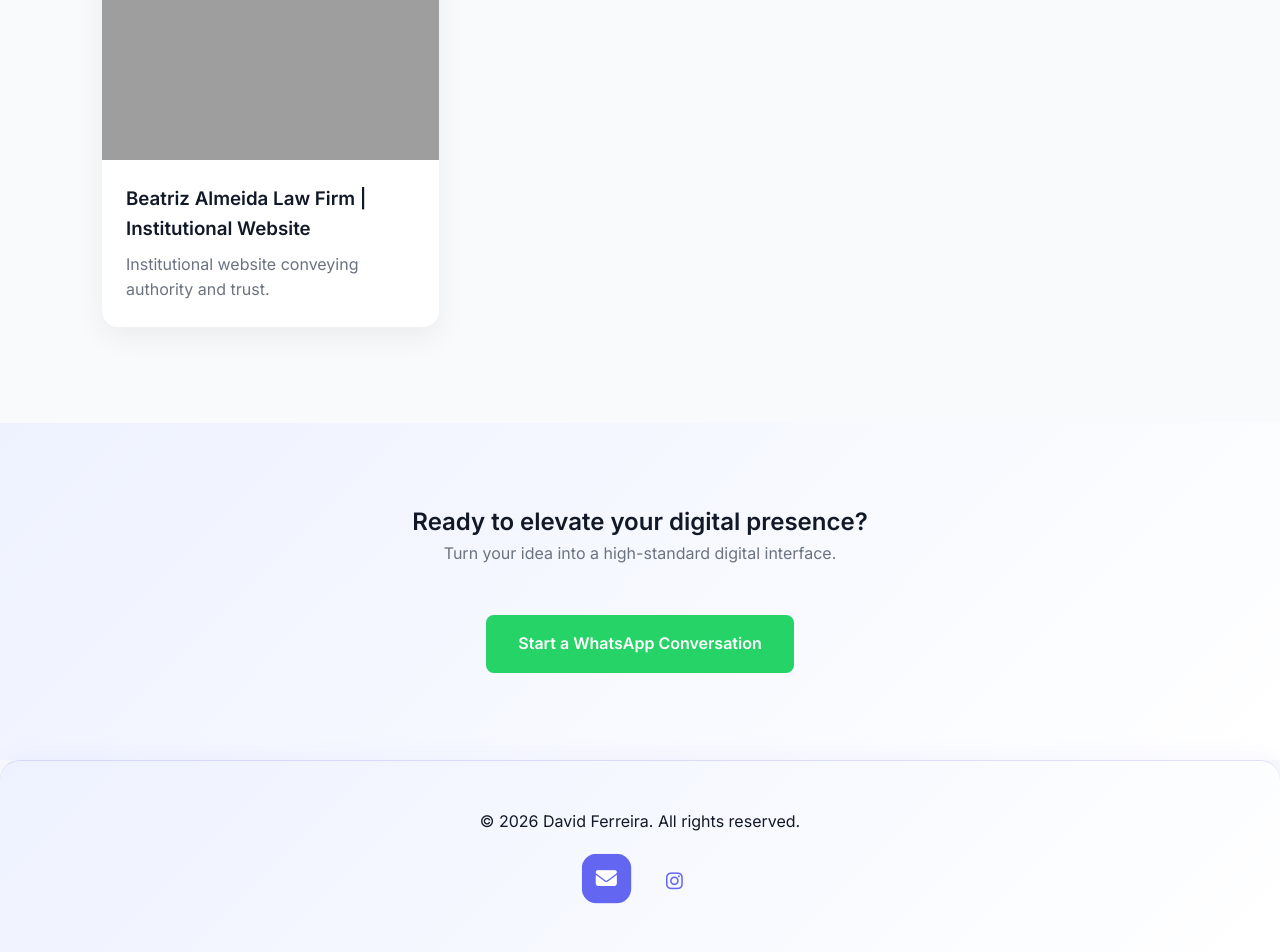
Repository: davidfsillva/David_Ferreira
Page: index.html
The author's editor kept a copy of each file at every save. The page is drawn from the files as they stood at one save, then again after the next save.
The browser window is 1280 px wide. The pictures show the part of the page from y = 1958 to 2910 px (the page is 2910 px tall).
The pointer rests on the first visible `.social-links a`.
Pictures or frames that could not be fetched are drawn as grey boxes.

Above is the page before, as saved 2026-02-11 15:39:11.
Console error: TypeError: Cannot read properties of null (reading 'addEventListener')

After the next save:
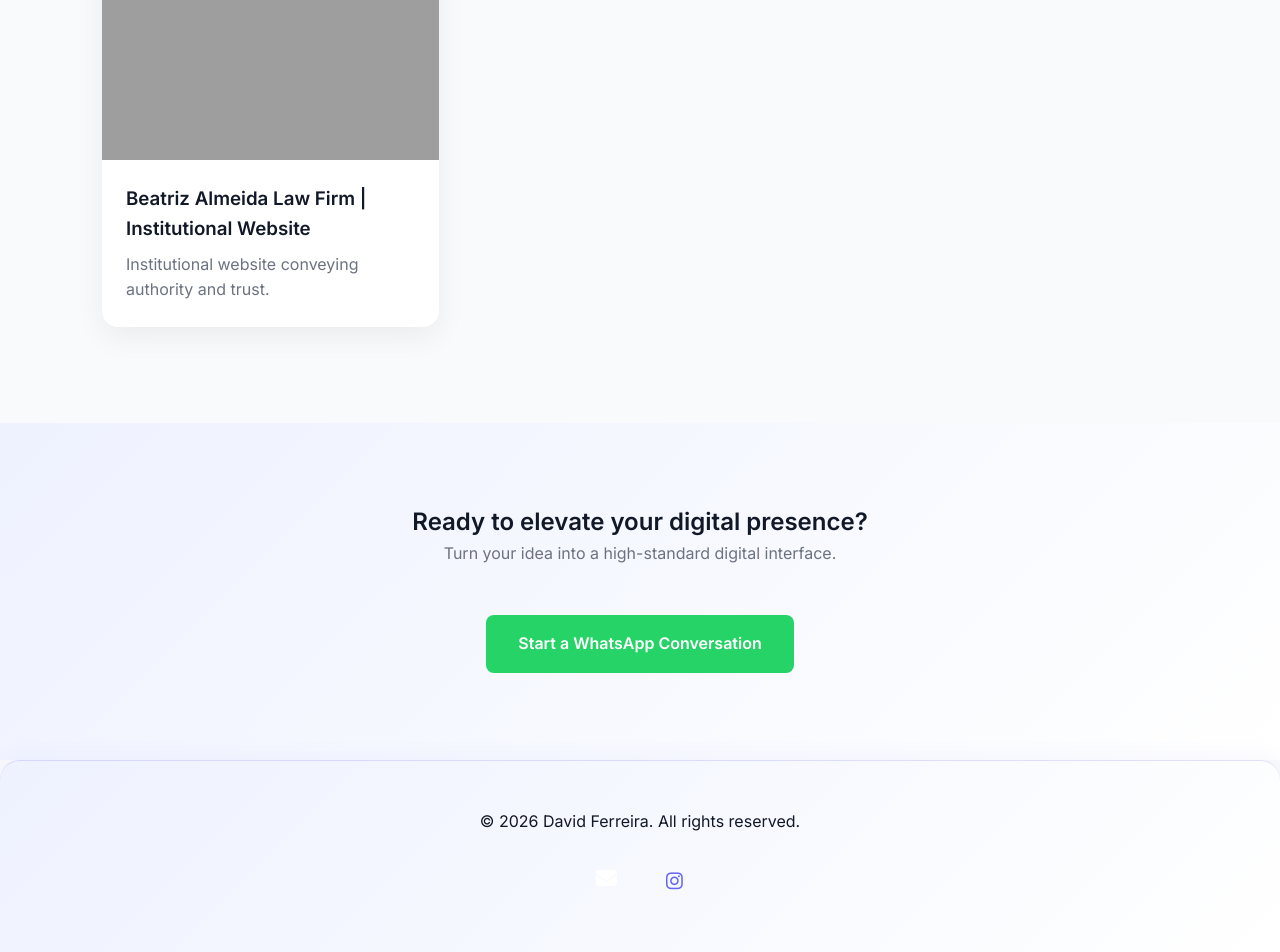
Saved 9 s later.
--- a/style.css
+++ b/style.css
@@ -452,7 +452,6 @@ footer {
 
 .social-links a:hover {
   transform: translateY(-3px) scale(1.1);
-  background: var(--primary);
   color: white;
 }
 
